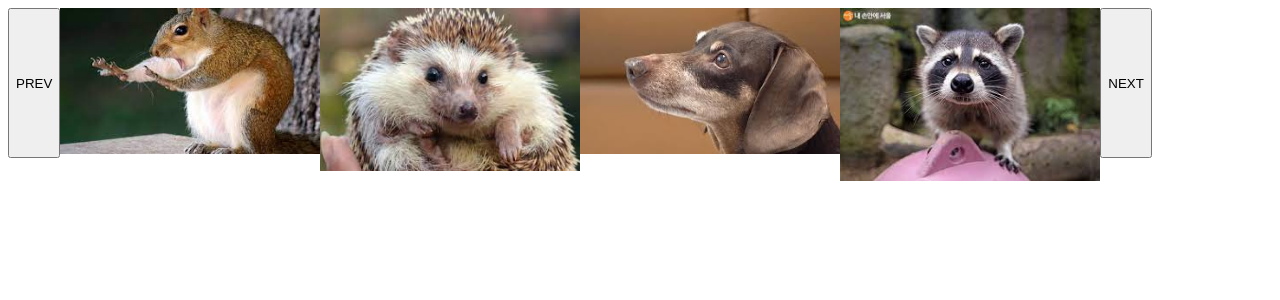
Repository: cdj6995/Web
Page: Lecture-Web/src/main/webapp/jquery/exam07.html
The author's editor kept a copy of each file at every save. The page is drawn from the files as they stood at one save, then again after the next save.
The browser window is 1280 px wide. The pictures show the whole page.

Above is the page before, as saved 2022-05-31 00:58:51.

### Lecture-Web/src/main/webapp/jquery/exam07.html
<!DOCTYPE html>
<html>
<head>
	<meta charset="UTF-8">
	<title>Insert title here</title>
	<style>
		img{
			width : 260px;
			heigt : 220px;
			float: left;
		}

		button{
			height : 150px;
			float : left;
		}


	</style>
	<script src="https://code.jquery.com/jquery-3.6.0.js"></script>
	<script>
		$(document).ready(function() {
			$('button').click(function() {
				$('img').last().prependTo('div')
			})
		})
	</script>
</head>
<body>
	<button id="preBtn">PREV</button>
	<span>
		<img src="image/사진01.jpg">
		<img src="image/사진02.jpg">
		<img src="image/사진03.jpg">
		<img src="image/사진04.jpg">
	</span>
	<button id="nextBtn">NEXT</button>
</body>
</html>

After the next save:
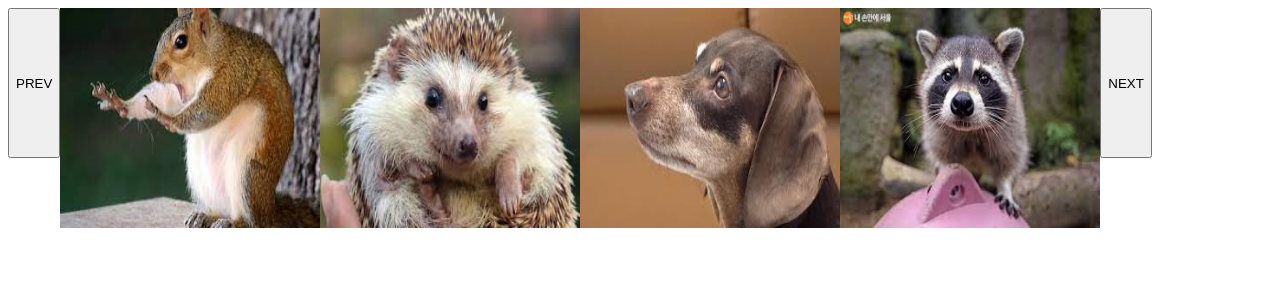
Saved 36 s later.
--- a/Lecture-Web/src/main/webapp/jquery/exam07.html
+++ b/Lecture-Web/src/main/webapp/jquery/exam07.html
@@ -6,7 +6,7 @@
 	<style>
 		img{
 			width : 260px;
-			heigt : 220px;
+			height : 220px;
 			float: left;
 		}
 
